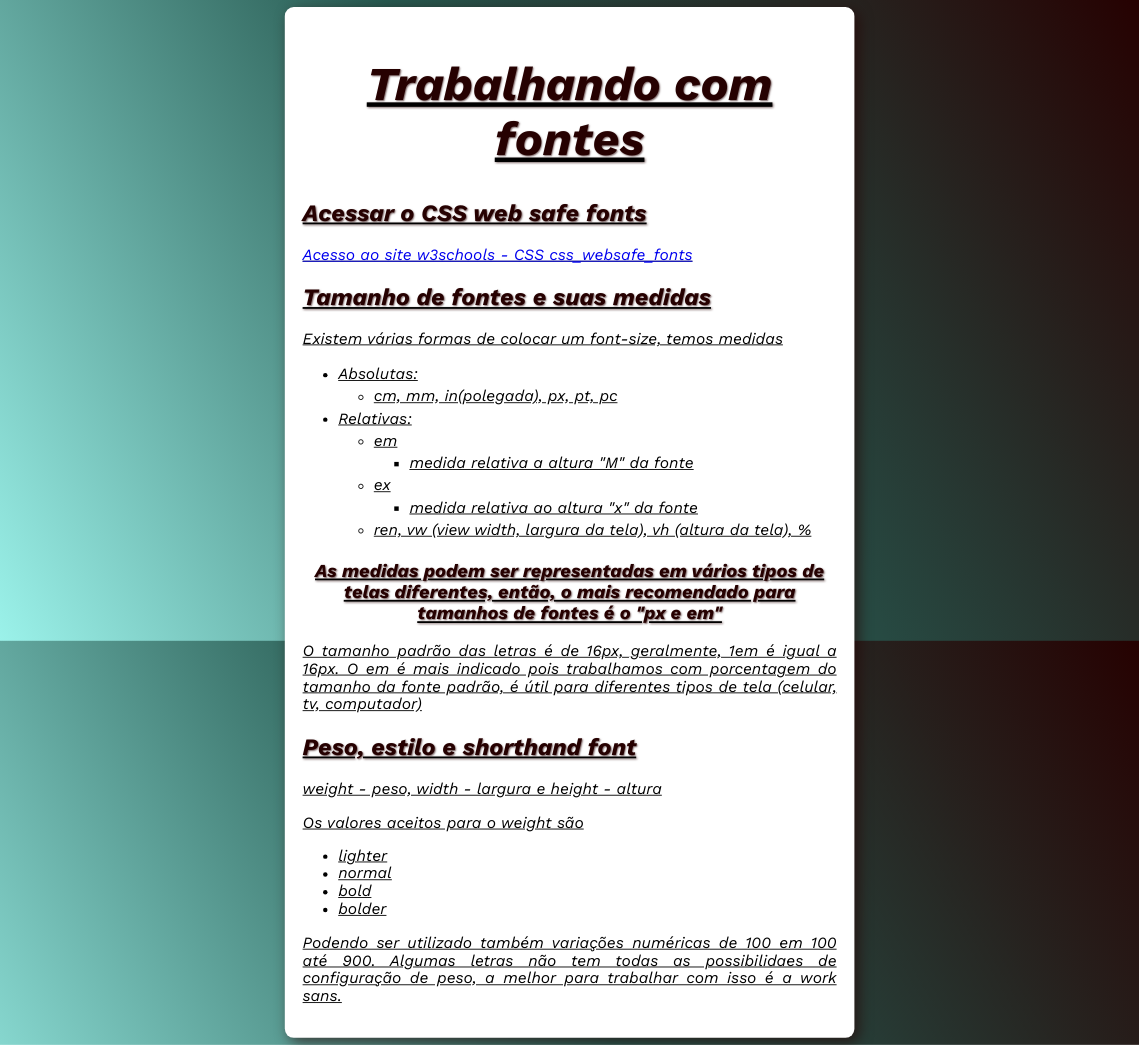
Repository: Willcmorais/vscode-workspace
Page: html-css/curso-em-video/modulo02/estudos/ex022-trab-fontes/fontes.html
These files come from the project's save history. The page is drawn as it stood at one moment and after the next save; the edit follows.
The browser window is 1280 px wide. The pictures show the whole page, at 89% of full size.
Backgrounds fixed to the window are drawn as part of the page.

Above is the page before, as saved 2024-09-18 21:19:41.

After the next save:
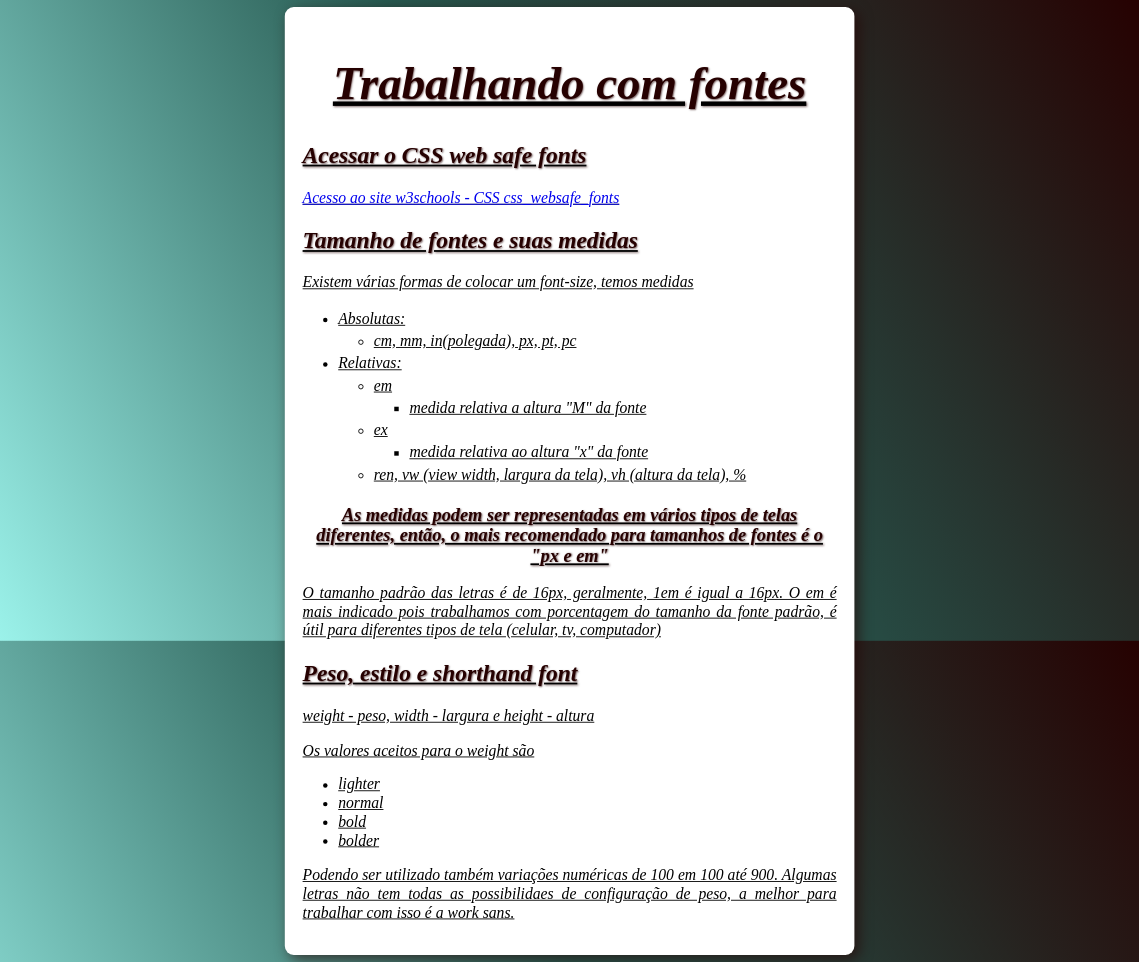
Saved 8 s later.
--- a/html-css/curso-em-video/modulo02/estudos/ex022-trab-fontes/fontes.html
+++ b/html-css/curso-em-video/modulo02/estudos/ex022-trab-fontes/fontes.html
@@ -7,7 +7,6 @@
     <link rel="stylesheet" href="style.css">
     <title>Fontes em CSS</title>
     <style>
-        @import url('https://fonts.googleapis.com/css2?family=Work+Sans:ital,wght@0,100;0,200;0,300;0,400;0,500;0,600;0,700;0,800;0,900;1,100;1,200;1,300;1,400;1,500;1,600;1,700;1,800;1,900&display=swap');
 
         body {
             font-size: 1.1em;

After the save that followed:
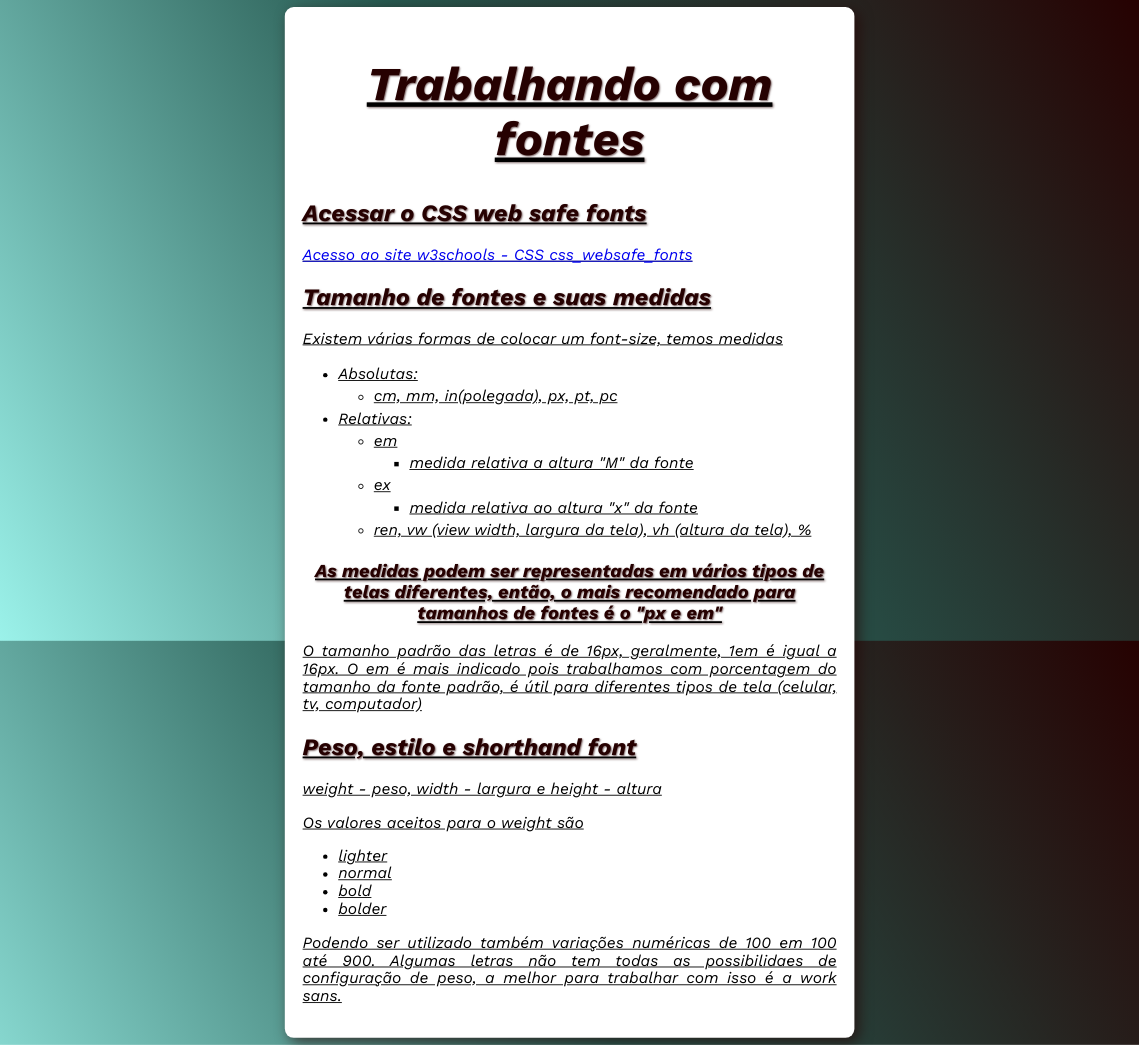
Saved 8 s later.
--- a/html-css/curso-em-video/modulo02/estudos/ex022-trab-fontes/fontes.html
+++ b/html-css/curso-em-video/modulo02/estudos/ex022-trab-fontes/fontes.html
@@ -7,6 +7,7 @@
     <link rel="stylesheet" href="style.css">
     <title>Fontes em CSS</title>
     <style>
+        @import url('https://fonts.googleapis.com/css2?family=Work+Sans:ital,wght@0,100;0,200;0,300;0,400;0,500;0,600;0,700;0,800;0,900;1,100;1,200;1,300;1,400;1,500;1,600;1,700;1,800;1,900&display=swap');
 
         body {
             font-size: 1.1em;
